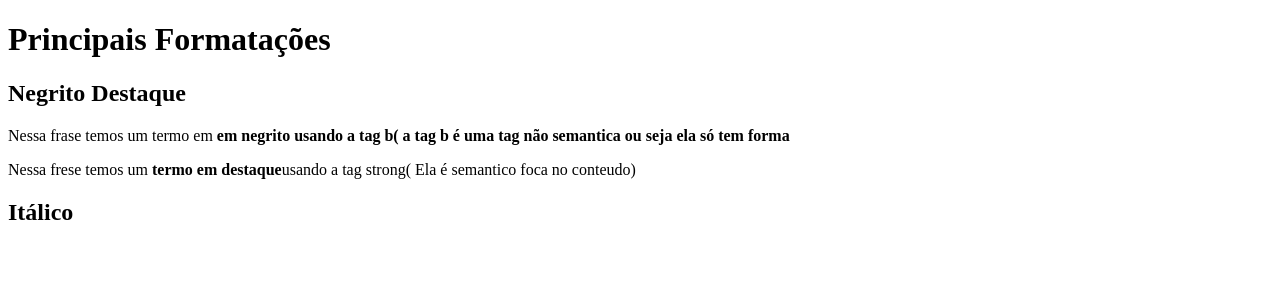
Repository: Guillermomarcon/exercicios
Page: ex008/index.html
An editor plug-in stored every save of this project. The page is shown before and after a run of saves, followed by the edit.
The browser window is 1280 px wide. The pictures show the whole page.

Above is the page before, as saved 2020-12-08 01:36:26.

After the next 2 saves:
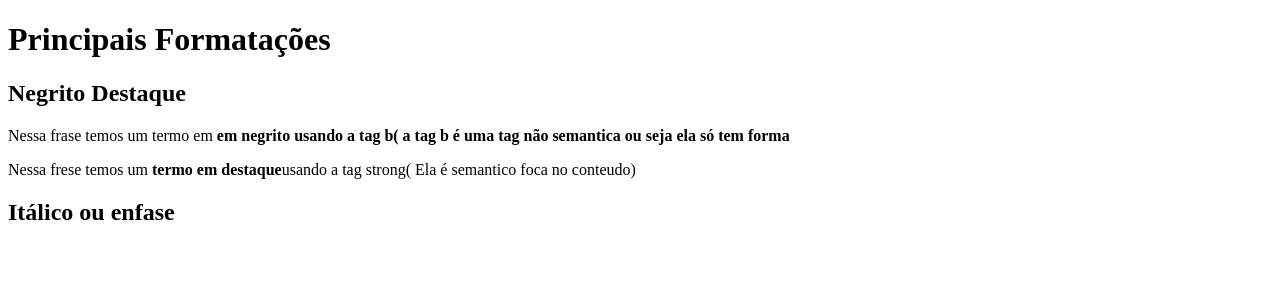
The 2 saves are shown as one change because they came seconds apart.
The last was saved 8 s later.
--- a/ex008/index.html
+++ b/ex008/index.html
@@ -10,7 +10,8 @@
     <h2>Negrito Destaque</h2>
     <p>Nessa frase temos um termo em <b>em negrito usando a tag b( a tag b é uma tag não semantica ou seja ela só tem forma</b> </p>
     <p>Nessa frese temos um <strong>termo em destaque</strong>usando a tag strong( Ela é semantico foca no conteudo) </p>
-    <h2>Itálico</h2>
+    <h2>Itálico ou enfase</h2>
+    <p></p>
 
 
 
